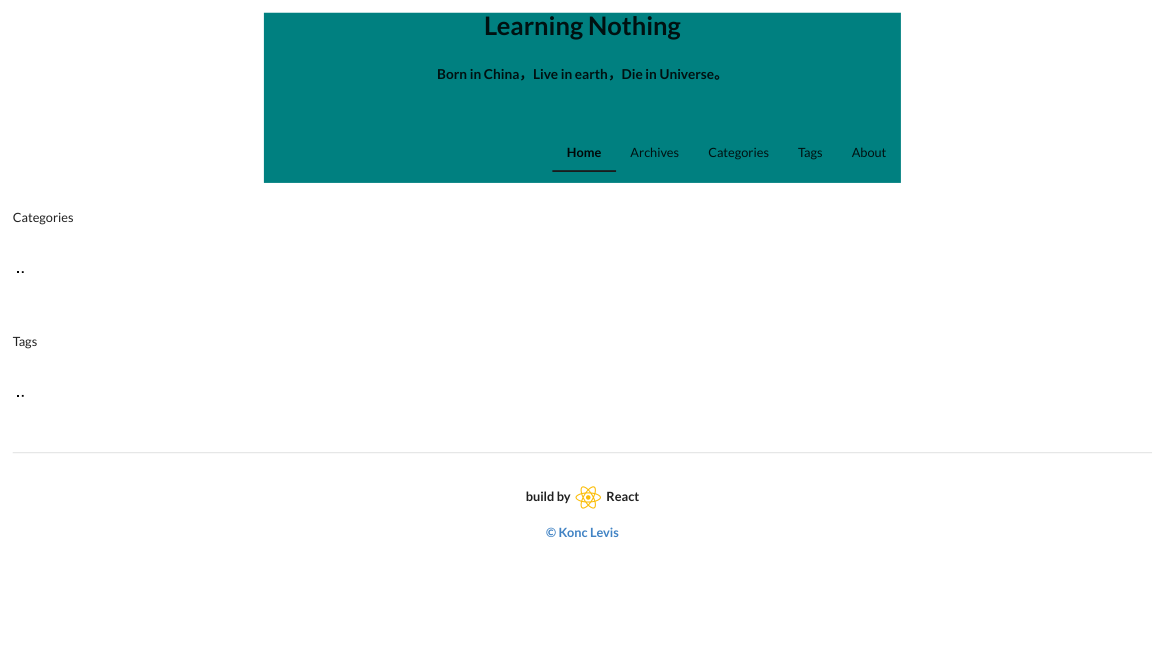
Repository: chu4j/my-spring-cloud-blog-frontend
Page: /
These files come from the project's save history. The page is drawn as it stood at one moment and after the next save; the edit follows.
The browser window is 1280 px wide. The pictures show the whole page, at 91% of full size.
The page's requests for data from a server got no answer. The project was rebuilt for these pictures with package versions that can differ from the ones it lists, and the page was loaded fresh each time. No one was signed in, and anything a server would have sent is missing. Also part of the build but not shown: src/components/Categories.jsx, src/components/FocusContent.jsx, src/css/App.css, src/components/owner/LoginForm.jsx, src/components/Tags.jsx, src/components/Timeline.jsx, src/components/TimelineHome.jsx.

Above is the page before, as saved 2021-02-24 11:43:00.

After the next save:
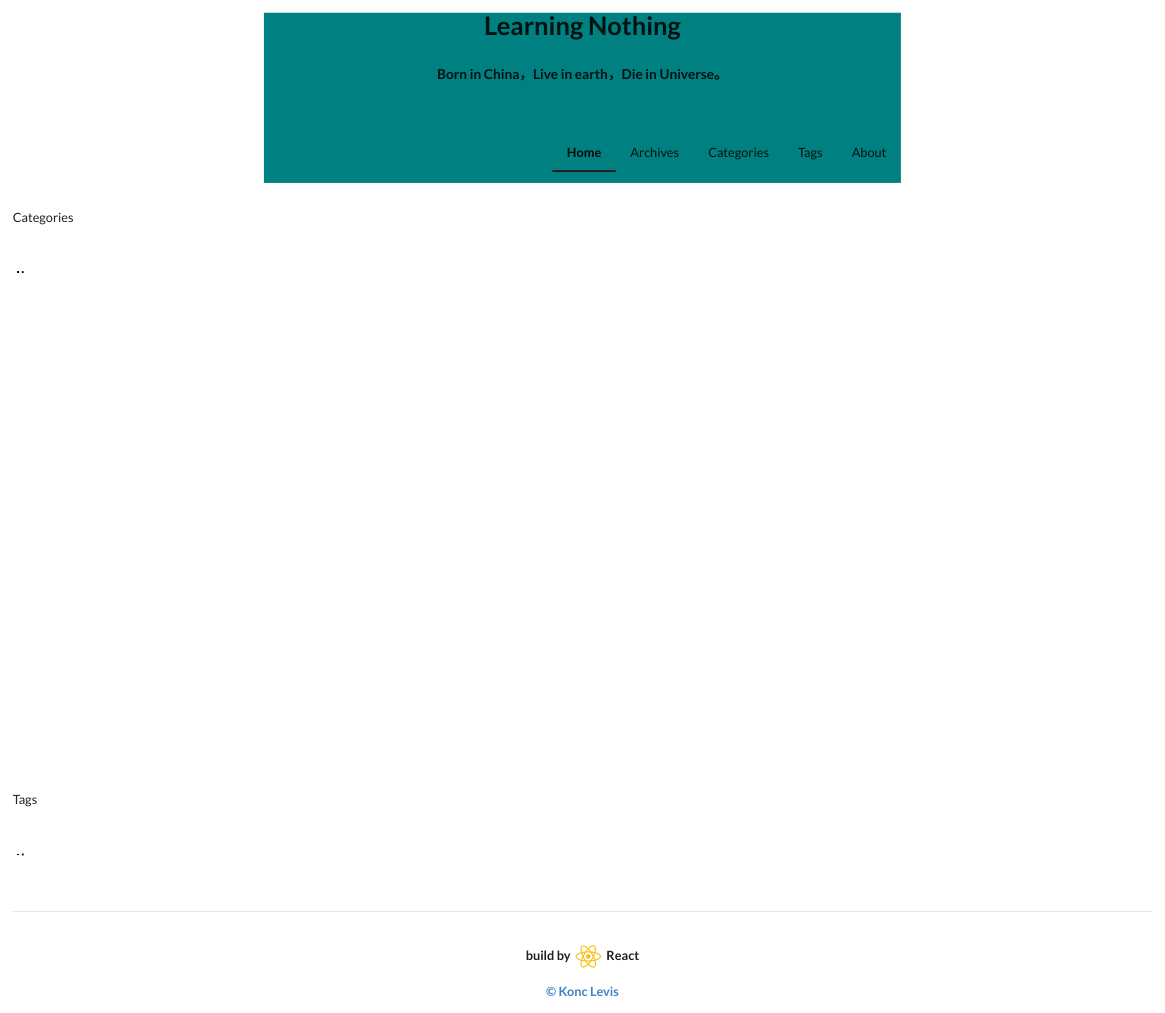
Saved 12 s later.
--- a/src/css/index.css
+++ b/src/css/index.css
@@ -63,5 +63,5 @@ code {
   border-radius: 0;
 }
 .common-label-container{
-  min-width: 540px;
+  min-height: 540px;
 }
